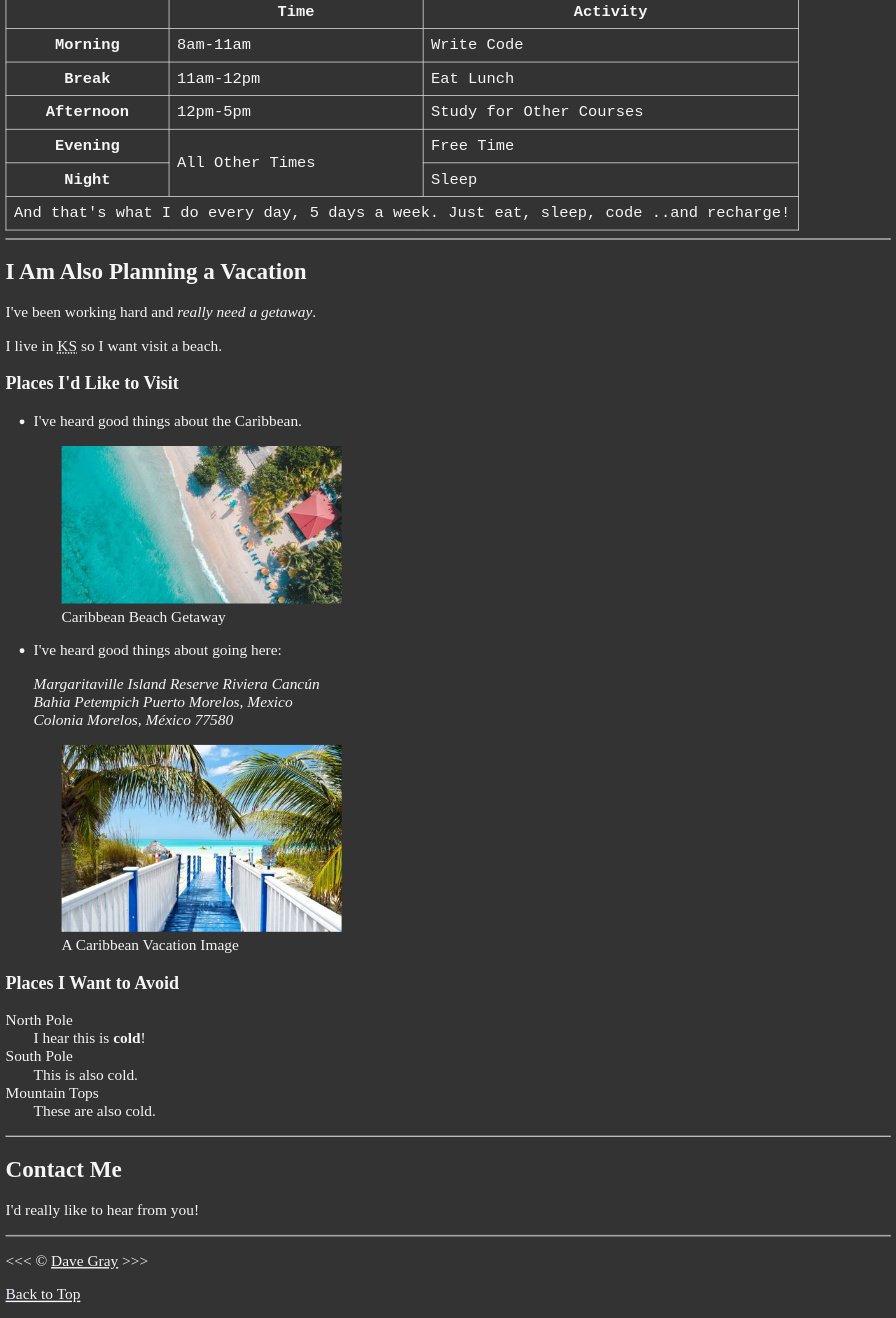
Repository: JavaProgrammerFromEastEurope/project-html-full-tutorial
Page: 09_lesson/index.html
These files come from the project's save history. The page is drawn as it stood at one moment and after a run of saves; the edit follows.
The browser window is 1280 px wide. The pictures show the part of the page from y = 1153 to 3073 px (the page is 3036 px tall before and 3073 px after), at 70% of full size.

Above is the page before, as saved 2023-04-07 04:35:32.

### 09_lesson/index.html
<!DOCTYPE html>
<html lang="en">
  <head>
    <meta charset="UTF-8" />
    <meta name="author" content="Dave Gray" />
    <meta
      name="description"
      content="This page contains all the things I am learning how to create as I learn HTML."
    />
    <title>My First Web Page</title>
    <link rel="icon" href="html5.png" type="image/x-icon" />
    <link rel="stylesheet" href="main.css" type="text/css" />
  </head>

  <body>
    <header>
      <h1>My Goals for the Year</h1>

      <nav aria-label="primary-navigation">
        <ul>
          <li>
            <a href="#html">Learning HTML</a>
          </li>
          <li>
            <a href="#vacation">Planning a Vacation</a>
          </li>
					<li><a href="#contact">Contact Me</a></li>
        </ul>
      </nav>
    </header>

    <hr />
    <main>
      <article id="html">
        <h2>I'm Ready to Learn HTML</h2>
        <p>This is my first web page.</p>
        <section>
          <h3>HTML5</h3>
          <img
            src="./assets/img/html_logo_300x300.png"
            alt="HTML5 Logo"
            title="I am learning HTML5"
            width="300"
            height="300"
          />
          <figure>
            <figcaption>An Example of HTML5 code</figcaption>
            <p>
              <code>&lt;h1&gt;Hello World!&lt;/h1&gt;</code>
            </p>
          </figure>
        </section>
        <section>
          <h3>My Daily Schedule</h3>
          <p>Let me tell you how:</p>
          <ol>
            <li>...I learn more about web dev.</li>
            <li>...I plan out my schedule.</li>
            <li>
              ...I use resources from
              <abbr title="Mozilla Developer Network">
                <a href="https://developer.mozilla.org/">MDN</a> </abbr
              >.
            </li>
          </ol>
          <aside>
            <details>
              <summary>
                Guess the <mark>number of hours</mark> I code per day
              </summary>
              <p>
                I start at <time datetime="08:00">8 am</time> and I write code
                for <time datetime="PT3H">3 hours</time> every morning.
              </p>
            </details>
          </aside>
          <br />
          <table>
            <caption>
              My Daily Schedule
            </caption>
            <thead>
              <tr>
                <th>&nbsp;</th>
                <th scope="col">Time</th>
                <th scope="col">Activity</th>
              </tr>
            </thead>
            <tbody>
              <tr>
                <th scope="row">Morning</th>
                <td>
                  <time datetime="08:00">8am</time>-<time datetime="11:00"
                    >11am</time
                  >
                </td>
                <td>Write Code</td>
              </tr>
              <tr>
                <th scope="row">Break</th>
                <td>
                  <time datetime="11:00">11am</time>-<time datetime="12:00"
                    >12pm</time
                  >
                </td>
                <td>Eat Lunch</td>
              </tr>
              <tr>
                <th scope="row">Afternoon</th>
                <td>
                  <time datetime="12:00">12pm</time>-<time datetime="17:00"
                    >5pm</time
                  >
                </td>
                <td>Study for Other Courses</td>
              </tr>
              <tr>
                <th scope="row">Evening</th>
                <td rowspan="2">All Other Times</td>
                <td>Free Time</td>
              </tr>
              <tr>
                <th scope="row">Night</th>
                <td>Sleep</td>
              </tr>
            </tbody>
            <tfoot>
              <tr>
                <td colspan="3">
                  And that's what I do every day, 5 days a week. Just eat,
                  sleep, code ..and recharge!
                </td>
              </tr>
            </tfoot>
          </table>
        </section>
      </article>

      <hr />

      <article id="vacation">
        <h2>I Am Also Planning a Vacation</h2>
        <p>I've been working hard and <em>really need a getaway</em>.</p>
        <p>I live in <abbr title="Kansas">KS</abbr> so I want visit a beach.</p>

        <section>
          <h3>Places I'd Like to Visit</h3>
          <ul>
            <li>
              <p>I've heard good things about the Caribbean.</p>
              <figure>
                <img
                  src="./assets/img/caribbean.jpg"
                  alt="Caribbean Beach"
                  title="I want to visit a Caribbean beach."
                  width="400"
                  height="225"
                  loading="lazy"
                />
                <figcaption>Caribbean Beach Getaway</figcaption>
              </figure>
            </li>
            <li>
              <p>I've heard good things about going here:</p>
              <address>
                Margaritaville Island Reserve Riviera Cancún<br />
                Bahia Petempich Puerto Morelos, Mexico<br />
                Colonia Morelos, México 77580
              </address>
              <figure>
                <img
                  src="./assets/img/vacation.jpg"
                  alt="Cancun Vacation"
                  title="It's 5 o'Clock Somewhere!"
                  width="400"
                  height="267"
                  loading="lazy"
                />
                <figcaption>A Caribbean Vacation Image</figcaption>
              </figure>
            </li>
          </ul>
        </section>
        <!-- TODO: Add more places -->
        <section>
          <h3>Places I Want to Avoid</h3>
          <dl>
            <dt>North Pole</dt>
            <dd>I hear this is <strong>cold</strong>!</dd>

            <dt>South Pole</dt>
            <dd>This is also cold.</dd>

            <dt>Mountain Tops</dt>
            <dd>These are also cold.</dd>
          </dl>
        </section>
      </article>
			<hr>

			<article id="contact">
				<h2>Contact Me</h2>
				<p>I'd really like to hear from you!</p>
				<form action="https://httpbin.org/get" method="get">

				</form>
			</article>

    </main>
    <hr />
    <footer>
      <p>&lt;&lt;&lt; &copy; <a href="about.html">Dave Gray</a> &gt;&gt;&gt;</p>
      <p>
        <a href="#">Back to Top</a>
      </p>
    </footer>
  </body>
</html>

### 09_lesson/main.css
html {
    font-size: 22px;
}

body {
    background-color: #333;
    color: whitesmoke;
}

a {
    color: aliceblue;
}

a:visited {
    color: lightgray;
}

a:hover, a:active {
    color: #eee;
}

table, tr, th, td, caption {
	border: 1px solid #eee;
	font-family: 'Courier New', Courier, monospace;
	border-collapse: collapse;
	padding: 0.5rem;
}

After the next 2 saves:
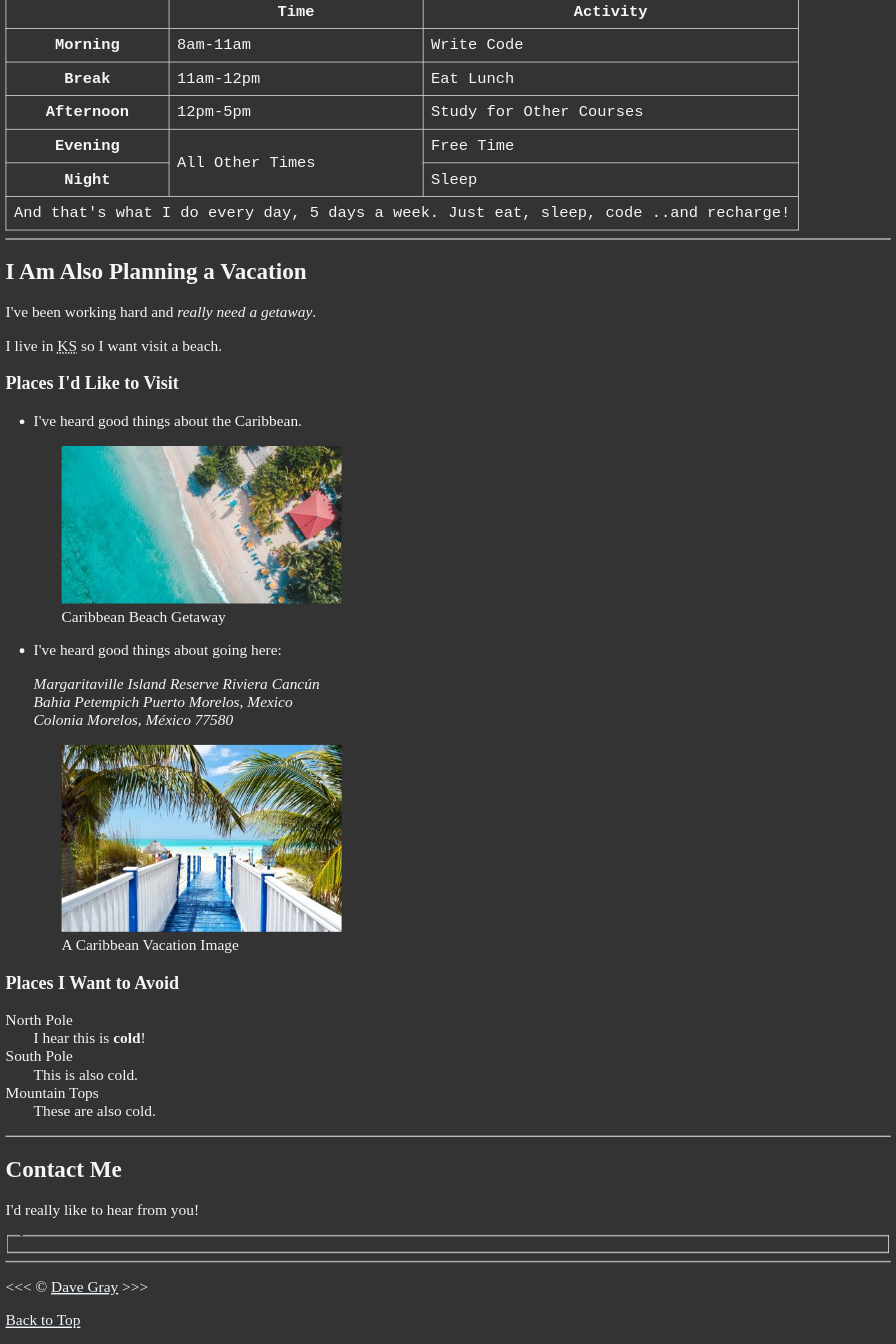
The 2 saves are shown as one change because they came seconds apart.
The last was saved 37 s later.
--- a/09_lesson/index.html
+++ b/09_lesson/index.html
@@ -202,7 +202,9 @@
 				<h2>Contact Me</h2>
 				<p>I'd really like to hear from you!</p>
 				<form action="https://httpbin.org/get" method="get">
-
+					<fieldset>
+						<legend></legend>
+					</fieldset>
 				</form>
 			</article>
 
